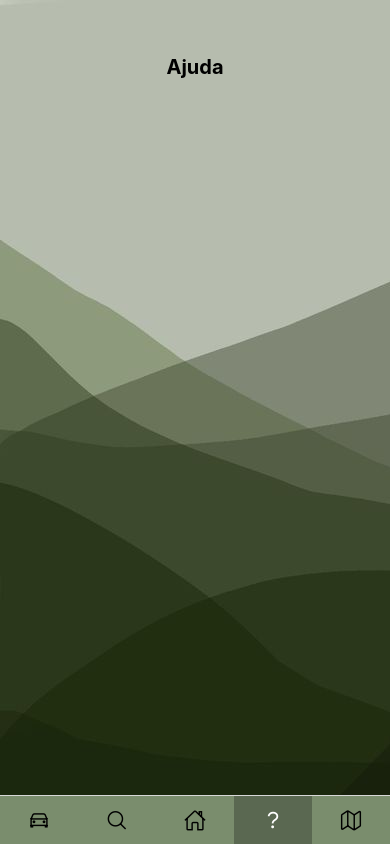
Repository: GabrielAron/EcoWheels
Screen: /Ajuda
The author's editor kept a copy of each file at every save. The screen is drawn from the files as they stood at one save, then again after the next save.
The app was drawn by React Native's web renderer in a window 390 px wide. The project was rebuilt for these pictures with package versions that can differ from the ones it lists, and the page was loaded fresh each time. Also part of the build but not shown: src/Paginas/Home/index.js, src/Paginas/Carros/index.js, src/Paginas/Mapa/index.js.

Above is the screen before, as saved 2023-11-07 13:27:04.

### App.js
import React from 'react';
import Routes from './src/Paginas/routes';


export default function App() {
  return (
    <Routes />
  );

}

### src/Paginas/routes.js
import React from 'react';
import { createBottomTabNavigator } from '@react-navigation/bottom-tabs';
import { NavigationContainer } from '@react-navigation/native';
import { Ionicons } from '@expo/vector-icons';

import Home from './Home';
import Explorar from './Carros';
import Ajuda from './Ajuda';
import Reservas from './Locacoes';
import Recarga from './Mapa';

const Tab = createBottomTabNavigator();

export default function Routes() {
  return (
    <NavigationContainer>
      <Tab.Navigator
        tabBarOptions={{
          showLabel: false, // Oculta as etiquetas de texto das guias

          tabBarStyle:{
            position: 'absolute',
            borderTopWidth: 0,
            elevation: 0,
            backgroundColor: '#7A8D6D',
            height: 80, // Ajuste a altura conforme necessário
            borderRadius: 10,
            bottom: 14,
            left: 14,
            right: 14,
          },
          tabStyle: {
            elevation: 0,
          },
          inactiveBackgroundColor: '#7A8D6D',
          activeBackgroundColor: '#5A6851',
        }}
      >
        <Tab.Screen
          name="Reservas"
          component={Reservas}
          options={{
            headerShown: false,
            tabBarIcon: ({ color, size, focused }) => {
              if (focused) {
                return <Ionicons name="md-car" size={23} color="#FFF" />;
              } else {
                return <Ionicons name="md-car-outline" size={23} color="#000000" />;
              }
            },
          }}
        />
        <Tab.Screen
          name="Explorar"
          component={Explorar}
          options={{
            headerShown: false,
            tabBarIcon: ({ color, size, focused }) => {
              if (focused) {
                return <Ionicons name="md-search" size={23} color="#FFF" />;
              } else {
                return <Ionicons name="md-search-outline" size={23} color="#000000" />;
              }
            },
          }}
        />
        <Tab.Screen
          name="Home"
          component={Home}
          options={{
            headerShown: false,
            tabBarIcon: ({ color, size, focused }) => {
              if (focused) {
                return <Ionicons name="md-home" size={23} color="#FFF" />;
              } else {
                return <Ionicons name="md-home-outline" size={23} color="#000000" />;
              }
            },
          }}
        />
        <Tab.Screen
          name="Ajuda"
          component={Ajuda}
          options={{
            headerShown: false,
            tabBarIcon: ({ color, size, focused }) => {
              if (focused) {
                return <Ionicons name="md-help" size={23} color="#FFF" />;
              } else {
                return <Ionicons name="md-help-outline" size={23} color="#000000" />;
              }
            },
          }}
        />
        <Tab.Screen
          name="Recarga"
          component={Recarga}
          options={{
            headerShown: false,
            tabBarIcon: ({ color, size, focused }) => {
              if (focused) {
                return <Ionicons name="md-map" size={23} color="#FFF" />;
              } else {
                return <Ionicons name="md-map-outline" size={23} color="#000000" />;
              }
            },
          }}
        />
      </Tab.Navigator>
    </NavigationContainer>
  );
}

### src/Paginas/Ajuda/index.js
import React, { useEffect, useState } from 'react';
import { View, Text, ImageBackground, StyleSheet } from 'react-native';
import Fundo from '/imagens/fundoverde.jpg';

export default function Reservas() {

  return (
    <View style={styles.container}>
      <ImageBackground source={Fundo} style={styles.image}>
        <Text style={styles.text}>Ajuda</Text>

      </ImageBackground>
    </View>
  );
}

const styles = StyleSheet.create({
  container: {
    flex: 1,
  },
  image: {
    flex: 1,
    resizeMode: 'cover',
    justifyContent: 'center',
  },
  text: {
    color: '#00000',
    fontSize: 20,
    position: 'absolute',
    top: 55,
    left: 0,
    right: 0,
    fontWeight: 'bold',
    textAlign: 'center',
  },

});

### src/Paginas/Locacoes/index.js
import React, { useEffect, useState } from 'react';
import { View, Text, ImageBackground, StyleSheet } from 'react-native';
import Fundo from '/imagens/fundoverde.jpg';

export default function Reservas() {

  return (
    <View style={styles.container}>
      <ImageBackground source={Fundo} style={styles.image}>
        <Text style={styles.text}>Carros</Text>

      </ImageBackground>
    </View>
  );
}

const styles = StyleSheet.create({
  container: {
    flex: 1,
  },
  image: {
    flex: 1,
    resizeMode: 'cover',
    justifyContent: 'center',
  },
  text: {
    color: '#fffeff',
    fontSize: 36,
    position: 'absolute',
    top: 50,
    left: 0,
    right: 0,
    fontWeight: 'bold',
    textAlign: 'center',
  },

});

After the next save:
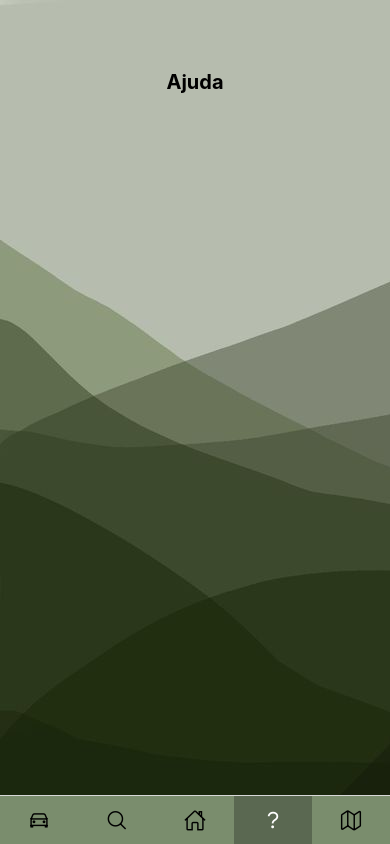
Saved 7 s later.
--- a/src/Paginas/Ajuda/index.js
+++ b/src/Paginas/Ajuda/index.js
@@ -27,7 +27,7 @@ const styles = StyleSheet.create({
     color: '#00000',
     fontSize: 20,
     position: 'absolute',
-    top: 55,
+    top: 70,
     left: 0,
     right: 0,
     fontWeight: 'bold',
